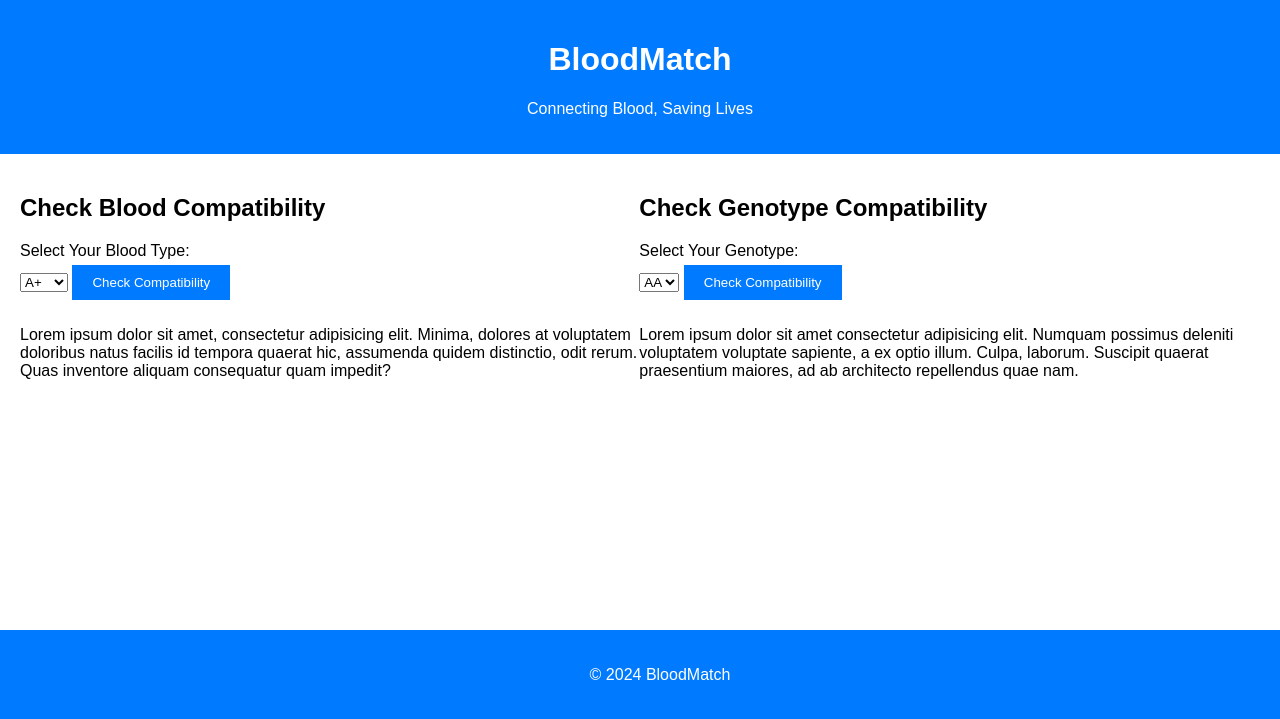
Repository: JuliusMonday/BloodMatch
Page: index.html
These files come from the project's save history. The page is drawn as it stood at one moment and after a run of saves; the edit follows.
The browser window is 1280 px wide. The pictures show the whole page.

Above is the page before, as saved 2024-05-02 16:36:49.

After the next 2 saves:
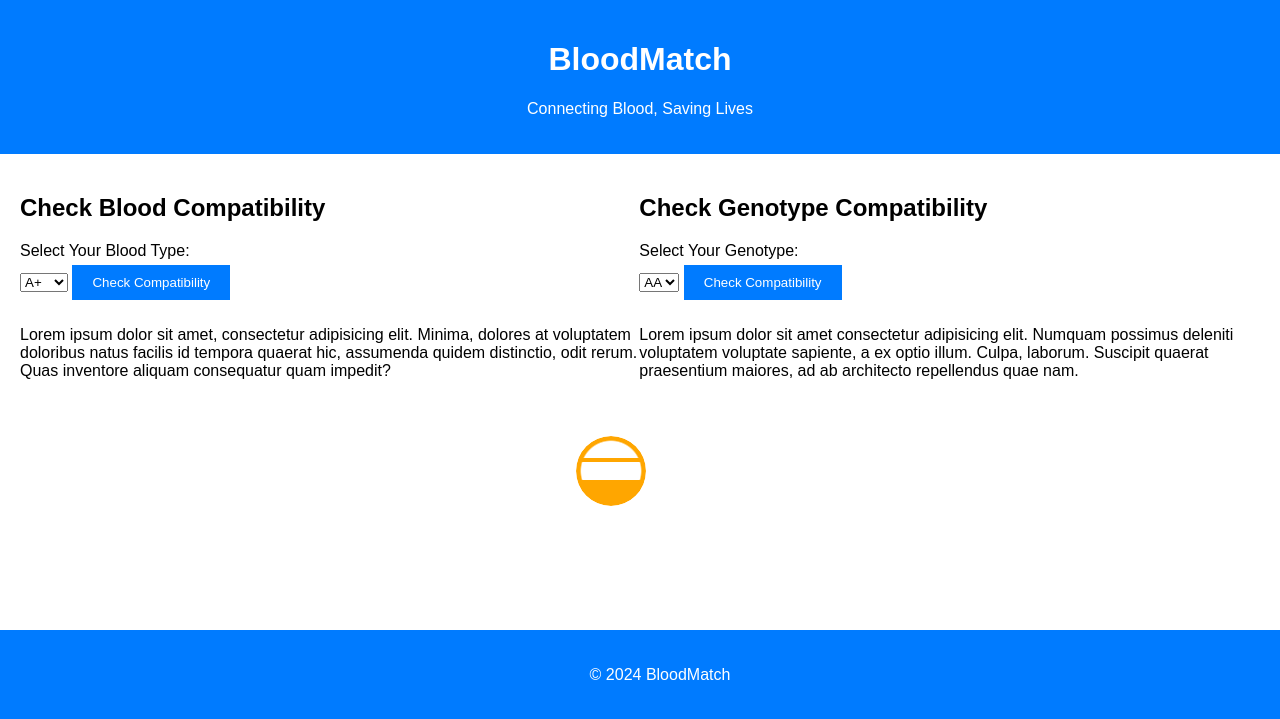
The 2 saves are shown as one change because they came seconds apart.
The last was saved 83 s later.
--- a/style.css
+++ b/style.css
@@ -72,6 +72,50 @@ body {
         place-items: center;
         margin: auto 45%;
       }
+      .custom-loader {
+        width: 70px;
+        height: 70px;
+        background: #ffa600;
+        border-radius: 50px;
+        -webkit-mask: radial-gradient(circle 31px at 50% calc(100% + 13px),#000 95%,#0000) top 4px left 50%,
+          radial-gradient(circle 31px,#000 95%,#0000) center,
+          radial-gradient(circle 31px at 50% -13px,#000 95%,#0000) bottom 4px left 50%,
+          linear-gradient(#000 0 0);
+        -webkit-mask-composite: xor;
+        mask-composite: exclude;
+        -webkit-mask-repeat: no-repeat;
+        animation: cu10 1.5s infinite;
+      }
+
+      @keyframes cu10 {
+        0% {
+          -webkit-mask-size: 0    18px,0    18px,0    18px,auto
+        }
+
+        16.67% {
+          -webkit-mask-size: 100% 18px,0    18px,0    18px,auto
+        }
+
+        33.33% {
+          -webkit-mask-size: 100% 18px,100% 18px,0    18px,auto
+        }
+
+        50% {
+          -webkit-mask-size: 100% 18px,100% 18px,100% 18px,auto
+        }
+
+        66.67% {
+          -webkit-mask-size: 0    18px,100% 18px,100% 18px,auto
+        }
+
+        83.33% {
+          -webkit-mask-size: 0    18px,0    18px,100% 18px,auto
+        }
+
+        100% {
+          -webkit-mask-size: 0    18px,0    18px,0    18px,auto
+        }
+      }
 
 @media (min-width: 768px){
     footer {
